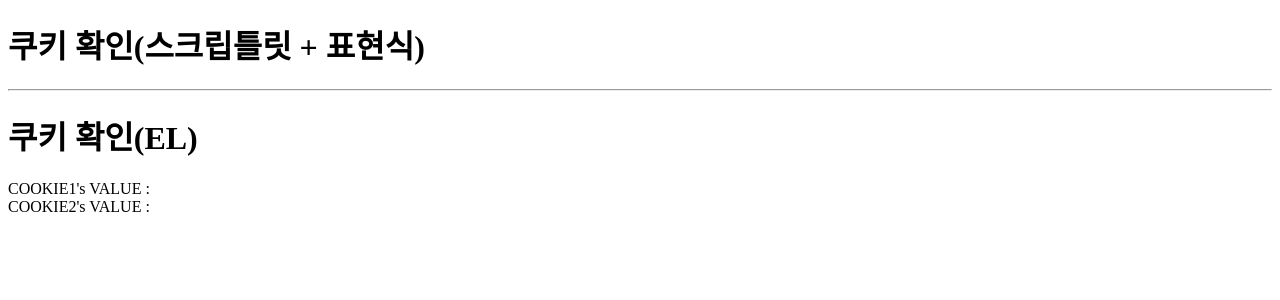
Repository: Leehj9094/JAVA_BOOK-
Page: http://localhost/01JSP/C07/01/getCookie.jsp
An editor plug-in stored every save of this project. The page is shown before and after the next save, followed by the edit.
The browser window is 1280 px wide. The pictures show the whole page.
The page is served by Tomcat 9.

Above is the page before, as saved 2025-04-03 08:16:47.

After the next save:
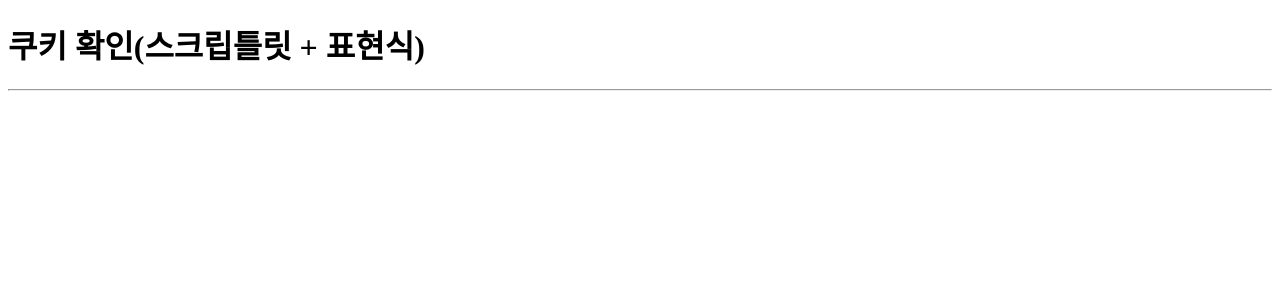
Saved 57 s later.
--- a/JSP/01JSP/src/main/webapp/C07/01/getCookie.jsp
+++ b/JSP/01JSP/src/main/webapp/C07/01/getCookie.jsp
@@ -9,7 +9,7 @@
 <body>
 
 	<h1>쿠키 확인(스크립틀릿 + 표현식)</h1>
-	<%-- <%
+	<%
 	Cookie[] cookies = request.getCookies();
 	if (cookies != null) {
 		for (Cookie cookie : cookies) {
@@ -22,11 +22,11 @@
 			<%
 		}
 	}
-%> --%>
+%>
 
 <hr/>
-	<h1>쿠키 확인(EL)</h1>
+<%-- 	<h1>쿠키 확인(EL)</h1>
 	COOKIE1's VALUE : ${cookie.myCookie1.value}<br/>
-	COOKIE2's VALUE : ${cookie.myCookie2.value}<br/>
+	COOKIE2's VALUE : ${cookie.myCookie2.value}<br/> --%>
 </body>
 </html>
